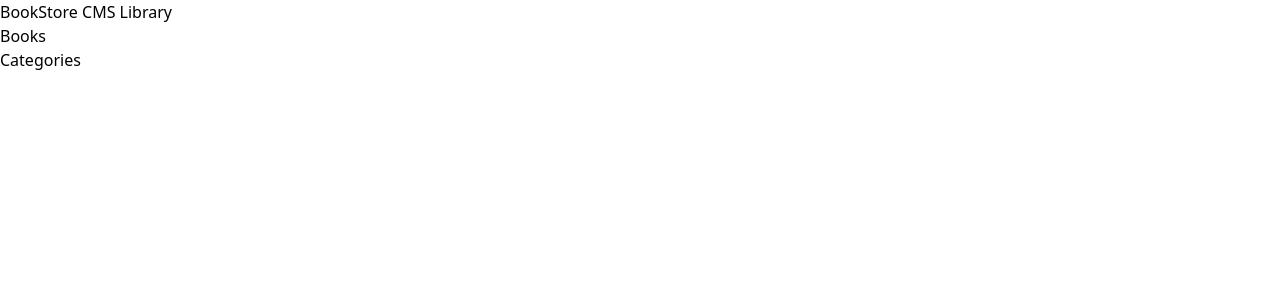
Repository: kennedyowusu/bookstore
Page: /categories
An editor plug-in stored every save of this project. The page is shown before and after the next save, followed by the edit.
The browser window is 1280 px wide. The pictures show the whole page.
The project was rebuilt for these pictures with package versions that can differ from the ones it lists, and the page was loaded fresh each time. Also part of the build but not shown: src/Pages/AllBooks.jsx.

Above is the page before, as saved 2023-01-20 22:22:34.

### src/index.js
import React from 'react';
import ReactDOM from 'react-dom/client';
import './index.css';
import App from './App';

import { BrowserRouter as Router } from 'react-router-dom';

const root = ReactDOM.createRoot(document.getElementById('root'));
root.render(
  <React.StrictMode>
    <Router>
      <App />
    </Router>
  </React.StrictMode>
);

### src/App.js
import { Routes, Route } from 'react-router-dom';

import Layout from './appLayout/Layout';
import AllBooks from './Pages/AllBooks';
import Categories from './Pages/Categories';

function App() {
  return (
    <div
      className='bg-[#ccc]-600 w-full h-screen'
    >
      <Routes>
        <Route path='/' element={<Layout />}>
          <Route path='/' element={<AllBooks />} />
          <Route path='categories' element={<Categories />} />
        </Route>
      </Routes>
    </div>
  )
}

export default App;

### src/appLayout/Layout.jsx
import React from 'react'
import { Outlet } from 'react-router'
import Navbar from '../components/Navbar'

const Layout = () => {
  return (
    <div>
      <Navbar />
      <main>
        <Outlet />
      </main>
    </div>
  )
}

export default Layout

### src/Pages/Categories.jsx
import React from 'react'

const Categories = () => {
 return (
  <div>

  </div>
 )
}

export default Categories

### src/components/Navbar.jsx
import React from 'react'
import { NavLink, Link } from 'react-router-dom'
import navLink from '../utils/constants'

const Navbar = () => {
 return (
   <div>
     <nav className='bg-[#ccc]-600'>
       <div className='md:flex items-center justify-between bg-white py-4 md:py-5 md:px-14'>
         <div className='font-bold text-2xl cursor-pointer flex items-center font-[Poppins] text-gray-800 justify-between px-5'>
           <div
             className='
          flex items-center justify-between
          '
           >
             <h2>

             </h2>
             <span className='text-[#317773]'>BookStore CMS</span> Library{' '}
           </div>
         </div>

         <div className='flex items-center justify-end w-full'>
           <ul className='md:items-center gap-4 hidden md:flex lg:flex'>
             {navLink.map((link) => (
               <li key={link.name} className='md:ml-8 text-xl'>
                 <a
                   href={link ? link.link : '/'}
                   className='text-gray-800 font-medium text-lg hover:border-solid border-2 p-2 rounded-lg
                border-transparent hover:border-[#ccc] hover:text-bold hover:duration-500
                '
                 >
                   {link.name}
                 </a>
               </li>
             ))}
           </ul>
         </div>
       </div>
     </nav>
   </div>
 )
}

export default Navbar

### src/utils/constants.js

const navLink = [
 {
  name: 'Books',
  link: '/'
 },
 {
  name: 'Categories',
  link: '/categories'
 },
];

export default navLink;

Loaded but not shown: public/index.html (common file); src/index.css (common file); tailwind.config.js (common file)

After the next save:
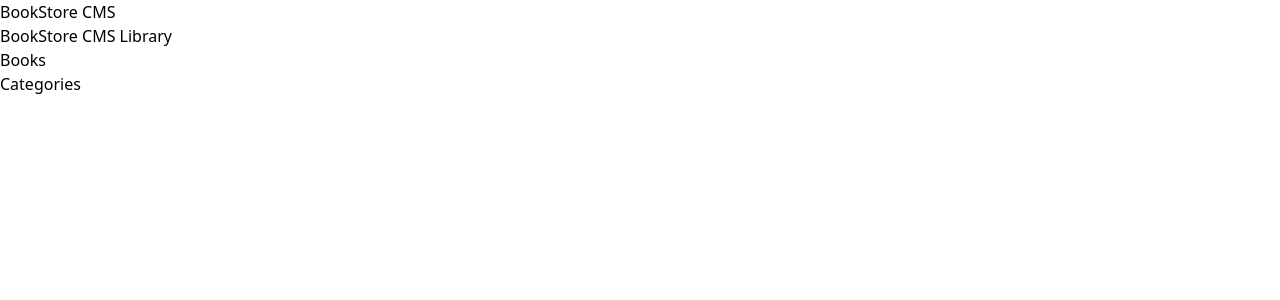
Saved 7 s later.
--- a/src/components/Navbar.jsx
+++ b/src/components/Navbar.jsx
@@ -13,9 +13,7 @@ const Navbar = () => {
           flex items-center justify-between
           '
            >
-             <h2>
-
-             </h2>
+             <h2 >BookStore CMS</h2>
              <span className='text-[#317773]'>BookStore CMS</span> Library{' '}
            </div>
          </div>
